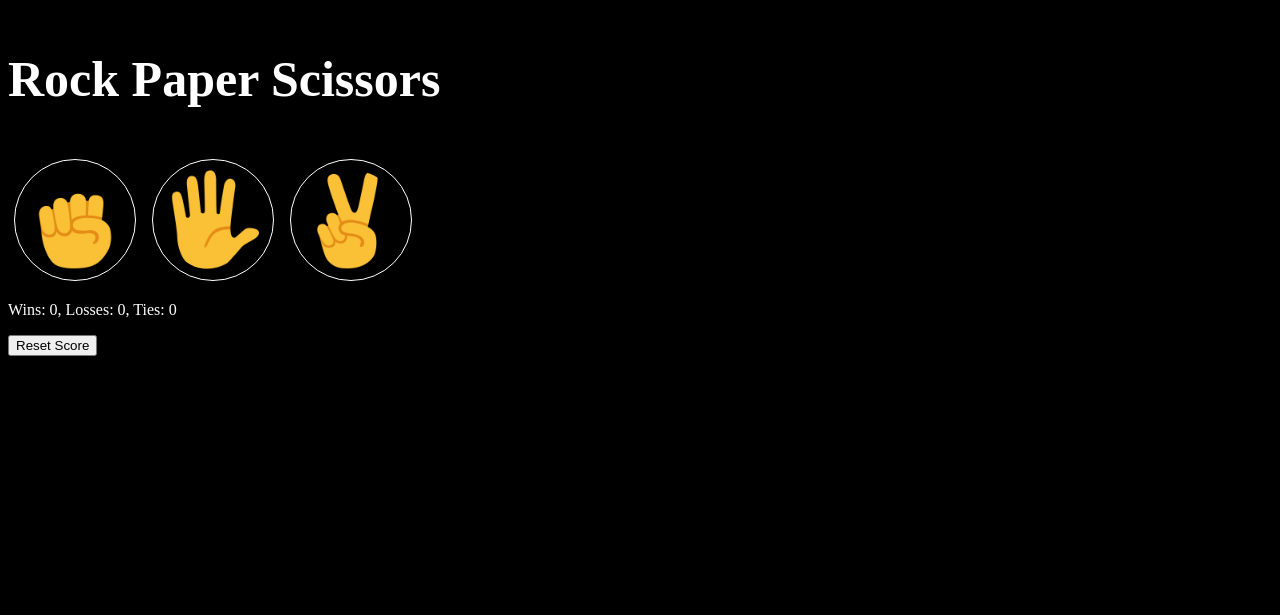
Repository: pgyunknown/Rock_paper_scissors-
Page: index.html
These files come from the project's save history. The page is drawn as it stood at one moment and after the next save; the edit follows.
The browser window is 1280 px wide. The pictures show the whole page.

Above is the page before, as saved 2024-08-30 17:13:32.

### index.html

<!DOCTYPE html>
<html>
  <head>
    <title>Rock Paper Scissors</title>
    <link rel="stylesheet" href="index.css">
  </head>
  <body>
    <p class="title">Rock Paper Scissors</p>
    <button onclick="
      playGame('rock');
    "class="emoji"><img src="images/rock-emoji.png" alt=""></button>

    <button onclick="
      playGame('paper');
    " class="emoji"><img src="images/paper-emoji.png" alt=""></button>

    <button onclick="
      playGame('scissors');
    " class="emoji"><img src="images/scissors-emoji.png" alt=""></button>

    <p class="js-result result"></p>
    <p class="js-moves"></p>
    <p class="js-score score"></p>

    <button onclick="
      score.wins = 0;
      score.losses = 0;
      score.ties = 0;
      localStorage.removeItem('score');
      updateScoreElement();
    " class="reset-score-button">Reset Score</button>


    <script src="index.js">

    </script>
  </body>
</html>

### index.css
body{
  background-color: black;
  color: white;
}
.title{
  font-size: 50px;
  font-weight: bold;
}

button img{
  height: 100px;
  width: 100px;
  background-color: black;
  border: 1px solid white;
  border-radius: 100%;
  padding: 10px;
}
.emoji{
  background-color: black;
    border: none;
  /* border-radius: 70px;
  margin: 0px 10px 0px 10px; */
}

### index.js

let score = JSON.parse(localStorage.getItem('score')) || {
  wins: 0,
  losses: 0,
  ties: 0
};

updateScoreElement();

/*
if (!score) {
  score = {
    wins: 0,
    losses: 0,
    ties: 0
  };
}
*/

function playGame(playerMove) {
  const computerMove = pickComputerMove();

  let result = '';

  if (playerMove === 'scissors') {
    if (computerMove === 'rock') {
      result = 'You lose.';
    } else if (computerMove === 'paper') {
      result = 'You win.';
    } else if (computerMove === 'scissors') {
      result = 'Tie.';
    }

  } else if (playerMove === 'paper') {
    if (computerMove === 'rock') {
      result = 'You win.';
    } else if (computerMove === 'paper') {
      result = 'Tie.';
    } else if (computerMove === 'scissors') {
      result = 'You lose.';
    }

  } else if (playerMove === 'rock') {
    if (computerMove === 'rock') {
      result = 'Tie.';
    } else if (computerMove === 'paper') {
      result = 'You lose.';
    } else if (computerMove === 'scissors') {
      result = 'You win.';
    }
  }

  if (result === 'You win.') {
    score.wins += 1;
  } else if (result === 'You lose.') {
    score.losses += 1;
  } else if (result === 'Tie.') {
    score.ties += 1;
  }

  localStorage.setItem('score', JSON.stringify(score));

  updateScoreElement();

  document.querySelector('.js-result').innerHTML = result;

  document.querySelector('.js-moves').innerHTML = `You
<img src="images/${playerMove}-emoji.png" class="move-icon">
<img src="images/${computerMove}-emoji.png" class="move-icon">
Computer`;
}

function updateScoreElement() {
  document.querySelector('.js-score')
    .innerHTML = `Wins: ${score.wins}, Losses: ${score.losses}, Ties: ${score.ties}`;
}

function pickComputerMove() {
  const randomNumber = Math.random();

  let computerMove = '';

  if (randomNumber >= 0 && randomNumber < 1 / 3) {
    computerMove = 'rock';
  } else if (randomNumber >= 1 / 3 && randomNumber < 2 / 3) {
    computerMove = 'paper';
  } else if (randomNumber >= 2 / 3 && randomNumber < 1) {
    computerMove = 'scissors';
  }

  return computerMove;
}

After the next save:
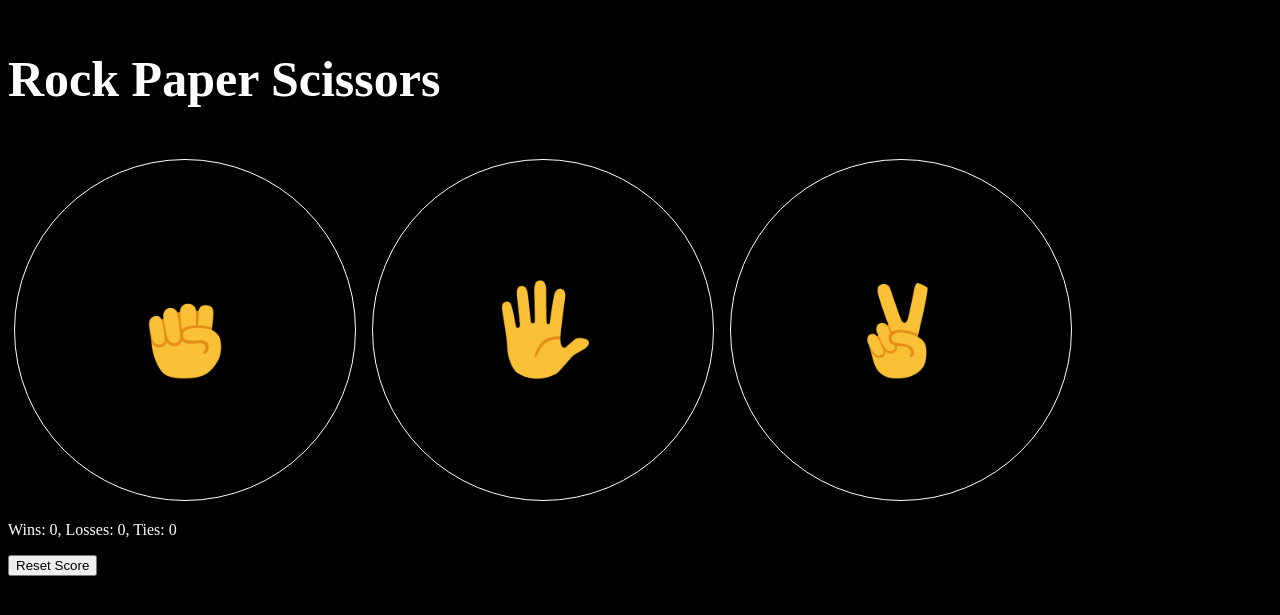
Saved 6 s later.
--- a/index.css
+++ b/index.css
@@ -13,7 +13,7 @@ button img{
   background-color: black;
   border: 1px solid white;
   border-radius: 100%;
-  padding: 10px;
+  padding: 120px;
 }
 .emoji{
   background-color: black;
